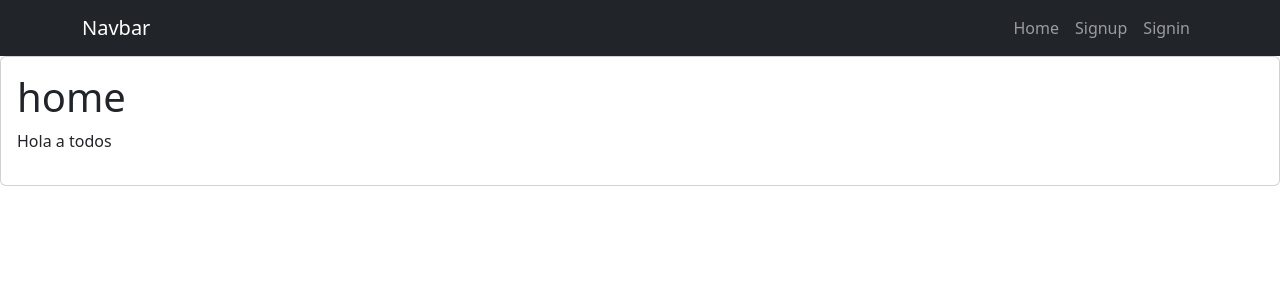
Repository: dbettancourt/django-auth-crud
Page: http://localhost/
An editor plug-in stored every save of this project. The page is shown before and after the next save, followed by the edit.
The browser window is 1280 px wide. The pictures show the whole page.
The page is served by the project's application, run on Django 4.2 (manage.py). Other server files are loaded and not shown.

Above is the page before, as saved 2023-06-06 10:23:04.

### tasks/templates/home.html
{% extends 'base.html' %}

{% block content %}

<main>
    <section class="card card-body">
        <h1>home</h1>
        <p>Hola a todos</p>
    </section>
</main>

{% endblock %}

### tasks/templates/base.html
<!DOCTYPE html>
<!--[if lt IE 7]>      <html class="no-js lt-ie9 lt-ie8 lt-ie7"> <![endif]-->
<!--[if IE 7]>         <html class="no-js lt-ie9 lt-ie8"> <![endif]-->
<!--[if IE 8]>         <html class="no-js lt-ie9"> <![endif]-->
<!--[if gt IE 8]>      <html class="no-js"> <!--<![endif]-->
<html>
    <head>
        <meta charset="utf-8">
        <meta http-equiv="X-UA-Compatible" content="IE=edge">
        <title>Pagina Base Django</title>
        <meta name="description" content="">
        <meta name="viewport" content="width=device-width, initial-scale=1">
        <link rel="stylesheet" href="">
        <link rel="stylesheet" href="https://cdn.jsdelivr.net/npm/bootstrap@5.3.0/dist/css/bootstrap.min.css">
       <link rel="stylesheet" href="https://cdn.jsdelivr.net/npm/bootstrap-icons@1.5.0/font/bootstrap-icons.css">

    </head>
    <body>
        <!--[if lt IE 7]>
            <p class="browsehappy">You are using an <strong>outdated</strong> browser. Please <a href="#">upgrade your browser</a> to improve your experience.</p>
        <![endif]-->
        <nav class="navbar navbar-expand-lg bg-dark navbar-dark">
            <div class="container">
              <a class="navbar-brand" href="#">Navbar</a>
              <button class="navbar-toggler" type="button" data-bs-toggle="collapse" data-bs-target="#navbarNav" aria-controls="navbarNav" aria-expanded="false" aria-label="Toggle navigation">
                <span class="navbar-toggler-icon"></span>
              </button>
              <div class="collapse navbar-collapse" id="navbarNav">
                <ul class="navbar-nav ms-auto">
                    <li class="nav-item">
                        <a href="/"  class="nav-link">Home</a>
                    </li>
                    {% if user.is_authenticated %}
                    <li class="nav-item">
                        <a href="/tasks"  class="nav-link">Tasks Pending</a>
                    </li>
                    <li class="nav-item">
                        <a href="/tasks_completed"  class="nav-link">Tasks Completed</a>
                    </li>
                    <li class="nav-item">
                        <a href="/tasks/create"  class="nav-link">Create task</a>
                    </li>

                    <li class="nav-item">
                        <a href="/logout"  class="nav-link">Logout</a>
                    </li>
                    {% else %}
                    <li class="nav-item">
                        <a href="/signup"  class="nav-link">Signup</a>
                    </li>
                    <li class="nav-item">
                        <a href="/signin"  class="nav-link">Signin</a>
                    </li>
                    {% endif %}
                </ul>
              </div>
            </div>
          </nav>

        <script src="" async defer></script>

        {% block content %}
        {% endblock %}

    </body>
</html>

### tasks/views.py
from django.shortcuts import render, redirect, get_object_or_404
from django.contrib.auth.forms import UserCreationForm, AuthenticationForm
from django.contrib.auth.models import User
from django.contrib.auth import login, logout, authenticate
from django.db import IntegrityError
from .forms import TaskForm
from .models import Task
from django.utils import timezone
from django.contrib.auth.decorators import login_required



# Create your views here.
def home(request):
    return render(request, 'home.html')

def signup(request):

    if request.method == 'GET':
         return render(request, 'signup.html',{
        'form': UserCreationForm
    })

    else:
        if request.POST['password1'] == request.POST['password2']:
            try:
                user = User.objects.create_user(username=request.POST['username'], password=request.POST['password1'])
                user.save()
                login(request, user)
                return redirect ('tasks')
            except IntegrityError:
                return render(request, 'signup.html',{
                    'form': UserCreationForm,
                    'error': 'El usuario ya existe'
                    })
        return render(request, 'signup.html', {
            'form': UserCreationForm,
            'error': 'Las contraseñas no coinciden'
            })

@login_required
def tasks(request):
    tasks = Task.objects.filter(user=request.user, datecompleted__isnull=True)
    return render(request, 'tasks.html', {'tasks': tasks})

@login_required
def tasks_completed(request):
    tasks = Task.objects.filter(user=request.user, datecompleted__isnull=False).order_by ('-datecompleted')
    return render(request, 'tasks.html', {'tasks': tasks})

@login_required
def create_task(request):

    if request.method == 'GET':
        return render(request, 'create_task.html', {
            'form': TaskForm
        })
    else:
        try:
            form = TaskForm(request.POST)
            new_task = form.save(commit=False)
            new_task.user = request.user
            new_task.save()
            return redirect('tasks')
        except ValueError:
            return render(request, 'create_task.html', {
                'form': TaskForm,
                'error': 'Por favor ingresar datos validos'
             })

@login_required
def task_detail(request, task_id):
    if request.method == 'GET':
        task = get_object_or_404(Task, pk=task_id, user=request.user)
        form = TaskForm(instance=task)
        return render(request, 'task_detail.html', {'task': task, 'form': form})
    else:
        try:
            task = get_object_or_404(Task, pk=task_id, user=request.user)
            form = TaskForm(request.POST, instance=task)
            form.save()
            return redirect('tasks')
        except ValueError:
            return render(request, 'task_detail.html', {'task': task, 'form': form, 'error': "Error al actualizar"})

@login_required
def complete_task(request, task_id):
    task = get_object_or_404(Task, pk=task_id, user=request.user)
    if request.method == 'POST':
        task.datecompleted = timezone.now()
        task.save()
        return redirect('tasks')

@login_required
def delete_task(request, task_id):
    task = get_object_or_404(Task, pk=task_id, user=request.user)
    if request.method == 'POST':
        task.datecompleted = timezone.now()
        task.delete()
        return redirect('tasks')

@login_required
def signout(request):
    logout(request)
    return redirect('home')

def signin(request):
    if request.method=='GET':
        return render(request, 'signin.html', {
            'form': AuthenticationForm
        })
    else:
        user = authenticate(
            request, username=request.POST['username'], password=request.POST['password'])

        if user is None:
            return render(request, 'signin.html', {
                'form': AuthenticationForm,
                'error': 'Usuario o password es incorrecta'
            })
        else:
            login(request, user)
            return redirect('tasks')

### djangocrud/urls.py
"""
URL configuration for djangocrud project.

The `urlpatterns` list routes URLs to views. For more information please see:
    https://docs.djangoproject.com/en/4.2/topics/http/urls/
Examples:
Function views
    1. Add an import:  from my_app import views
    2. Add a URL to urlpatterns:  path('', views.home, name='home')
Class-based views
    1. Add an import:  from other_app.views import Home
    2. Add a URL to urlpatterns:  path('', Home.as_view(), name='home')
Including another URLconf
    1. Import the include() function: from django.urls import include, path
    2. Add a URL to urlpatterns:  path('blog/', include('blog.urls'))
"""
from django.contrib import admin
from django.urls import path
from tasks import views

urlpatterns = [
    path('admin/', admin.site.urls),
    path('', views.home, name='home'),
    path('signup/', views.signup, name='signup'),
    path('tasks/', views.tasks, name='tasks'),
    path('tasks_completed/', views.tasks_completed, name='_completed'),
    path('tasks/create/', views.create_task, name='create_tasks'),
    path('tasks/<int:task_id>/', views.task_detail, name='task_detail'),
    path('tasks/<int:task_id>/complete', views.complete_task, name='complete_task'),
    path('tasks/<int:task_id>/delete', views.delete_task, name='delete_task'),
    path('logout/', views.signout, name='logout'),
    path('signin/', views.signin, name='signin')
]

After the next save:
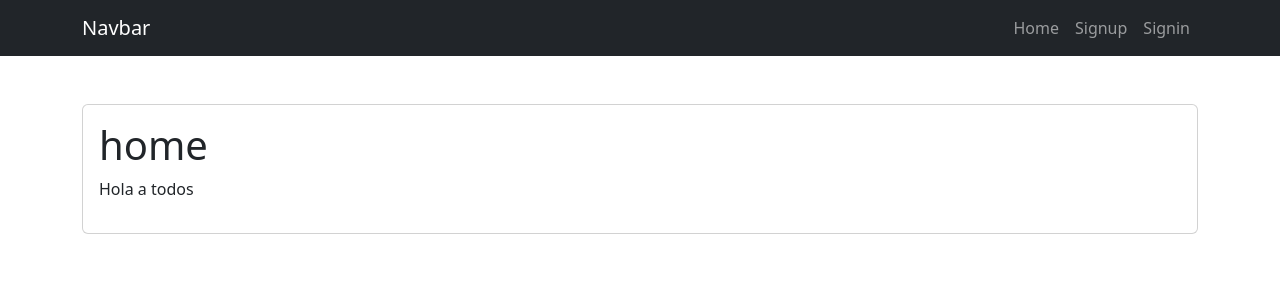
Saved 54 s later.
--- a/tasks/templates/home.html
+++ b/tasks/templates/home.html
@@ -2,7 +2,7 @@
 
 {% block content %}
 
-<main>
+<main class="container py-5">
     <section class="card card-body">
         <h1>home</h1>
         <p>Hola a todos</p>
